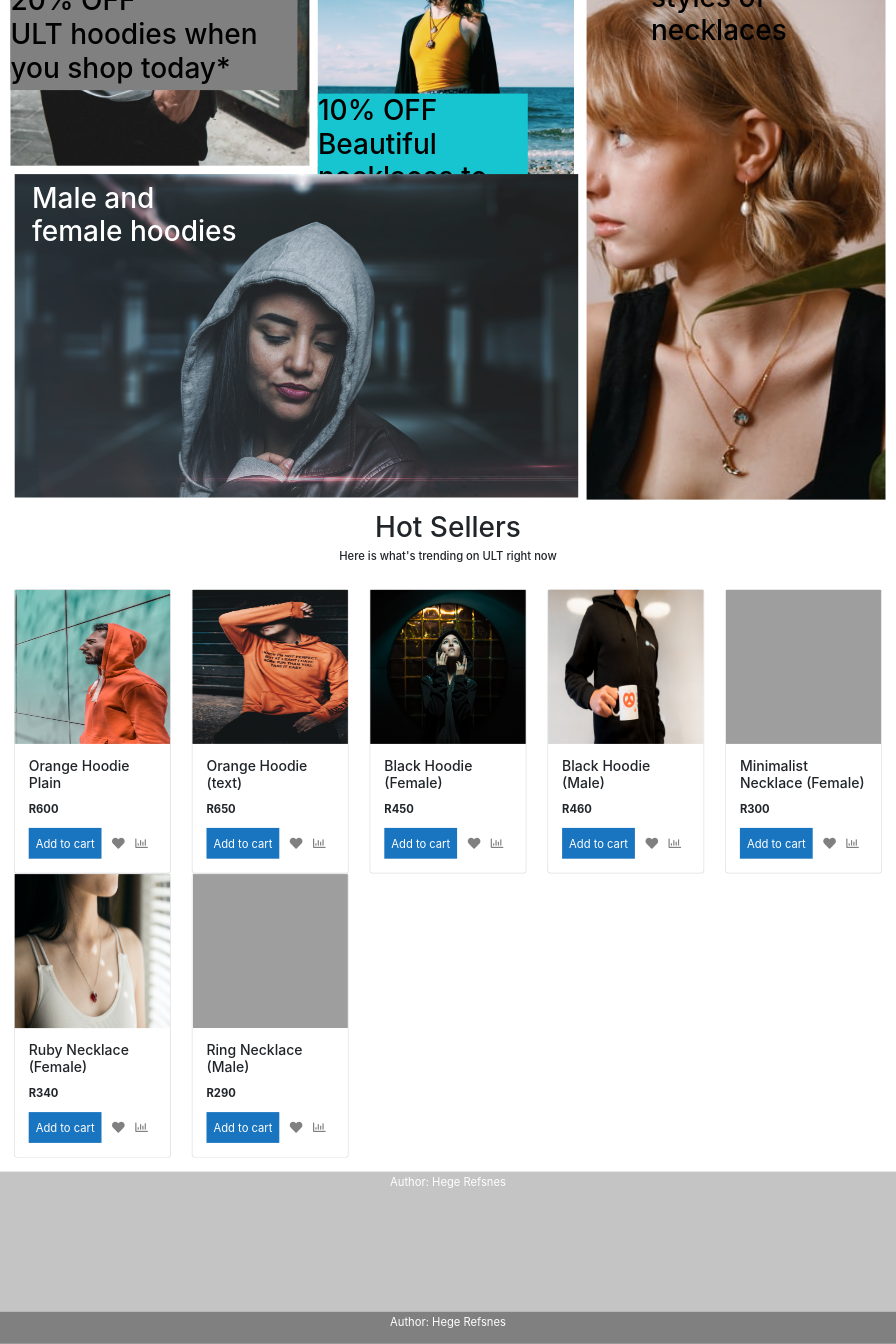
Repository: Ajtheult/Luma-Challenge-Site
Page: /
An editor plug-in stored every save of this project. The page is shown before and after the next save, followed by the edit.
The browser window is 1280 px wide. The pictures show the part of the page from y = 1234 to 3154 px (the page is 3154 px tall), at 70% of full size.
Pictures or frames that could not be fetched are drawn as grey boxes. The project was rebuilt for these pictures with package versions that can differ from the ones it lists, and the page was loaded fresh each time.

Above is the page before, as saved 2020-09-01 10:26:41.

After the next save:
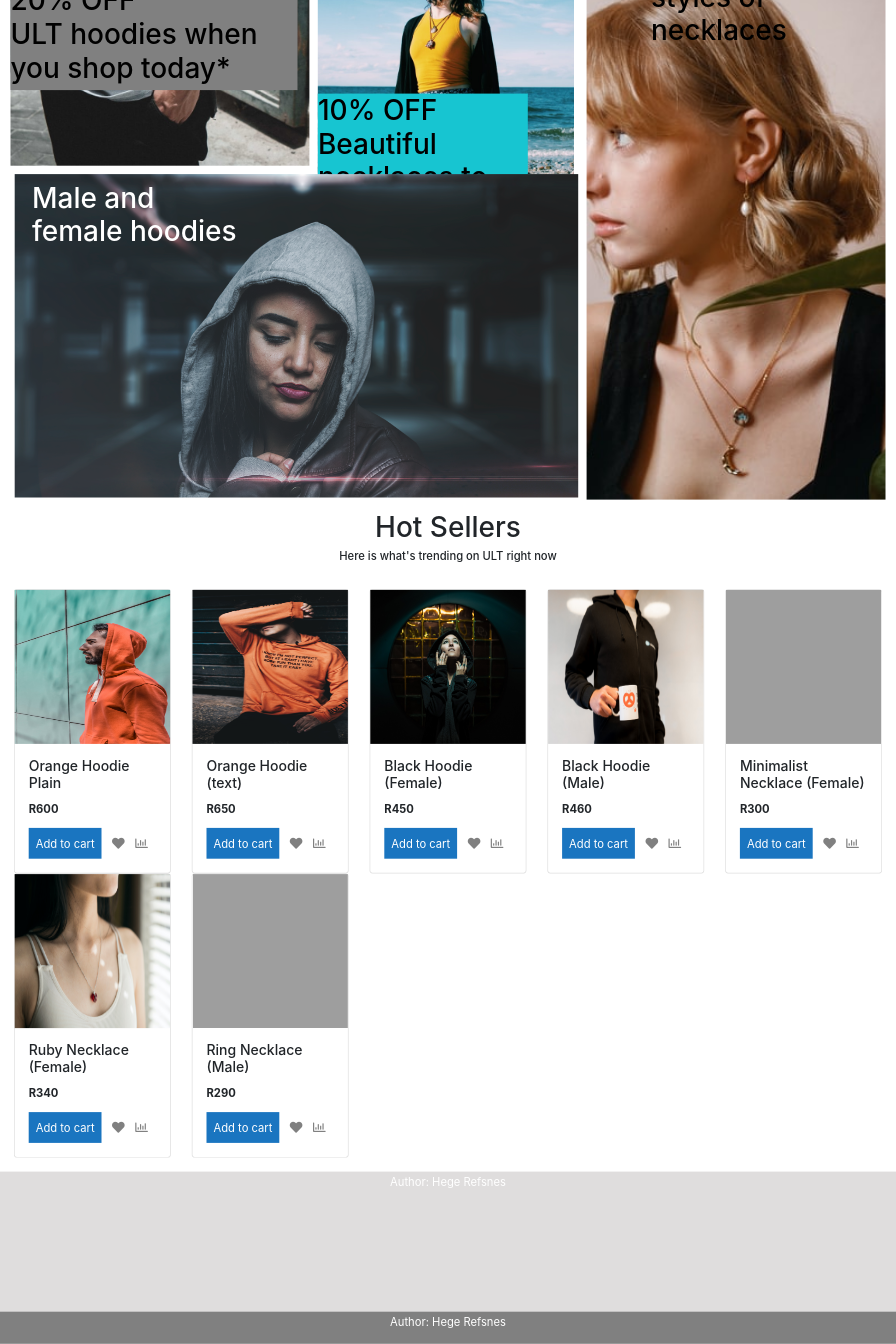
Saved 39 s later.
--- a/src/components/layout/pages/home/HomeFooter.css
+++ b/src/components/layout/pages/home/HomeFooter.css
@@ -1,7 +1,7 @@
 .footer {
   text-align: center;
   padding: 3px;
-  background-color: rgb(197, 196, 196);
+  background-color: rgb(223, 221, 221);
   color: white;
   height: 200px;
 }
